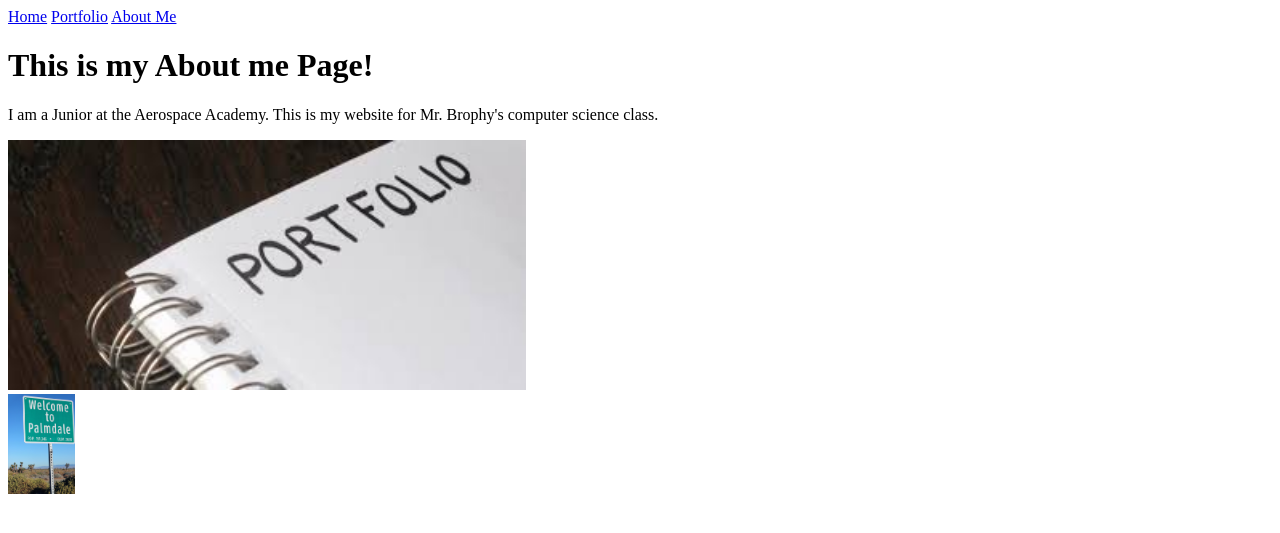
Repository: Dlazcano2067/dlazcano2067.github.io
Page: my_website/aboutme.html
The author's editor kept a record of every edit. The page is drawn from the files as they stood at one moment, then again after the next edit.
The browser window is 1280 px wide. The pictures show the whole page.

Above is the page before.

After the next edit:
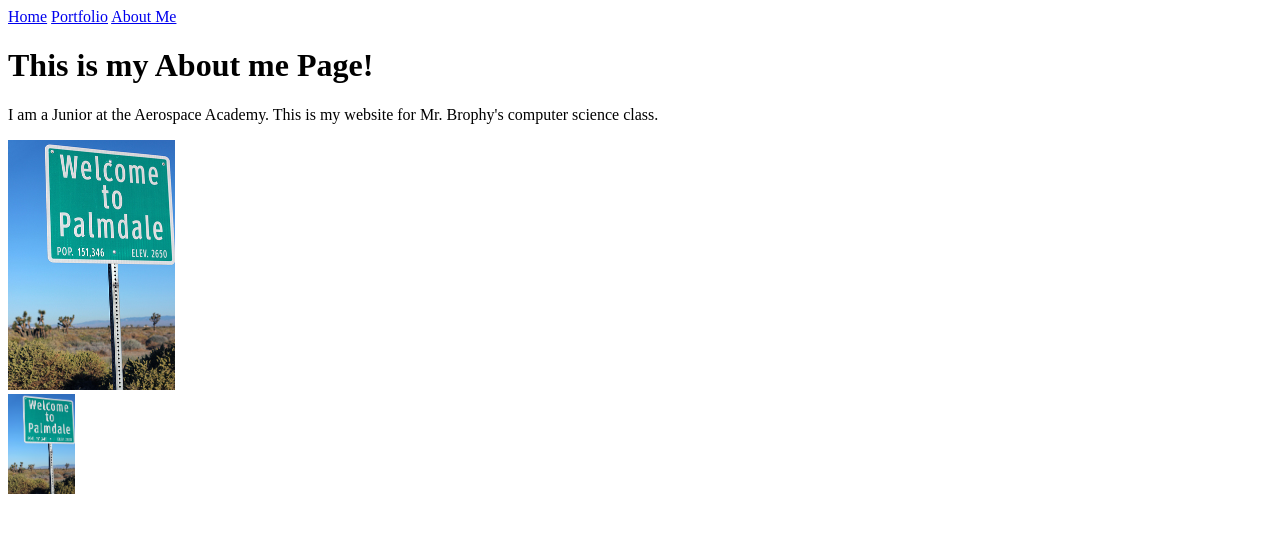
The edit:
--- a/my_website/aboutme.html
+++ b/my_website/aboutme.html
@@ -19,7 +19,7 @@
 
 </body>
 </html>
-    <img src="images/portfolio.jpg" height="250">
+    <img src="images/palmdale-sign.jpg" height="250">
     <br>
     <a target="_blank" href="https://scratch.mit.edu">
       <img src="images/palmdale-sign.jpg
